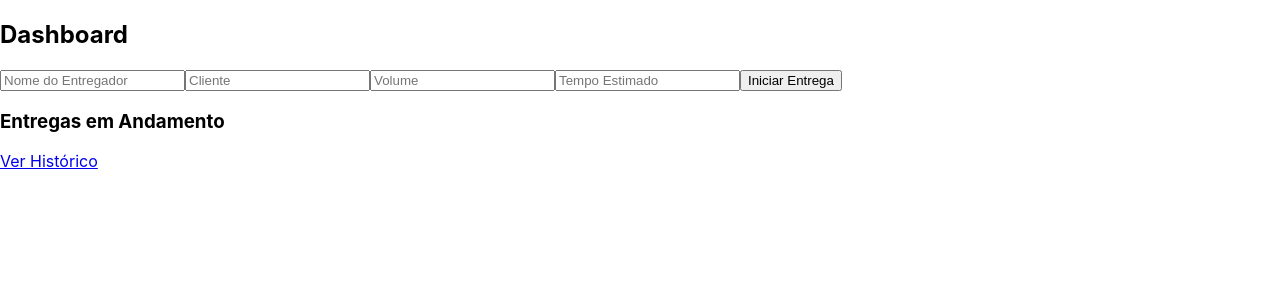
Repository: feliperanon/gestao-entregas
Page: /dashboard (app in frontend/)
These files come from the project's save history. The page is drawn as it stood at one moment and after the next save; the edit follows.
The browser window is 1280 px wide. The pictures show the whole page.
The page's requests for data from a server got no answer. The project was rebuilt for these pictures with package versions that can differ from the ones it lists, and the page was loaded fresh each time. No one was signed in, and anything a server would have sent is missing. Also part of the build but not shown: frontend/src/pages/History.js, frontend/src/pages/Login.js.

Above is the page before, as saved 2024-06-29 11:23:55.

After the next save:
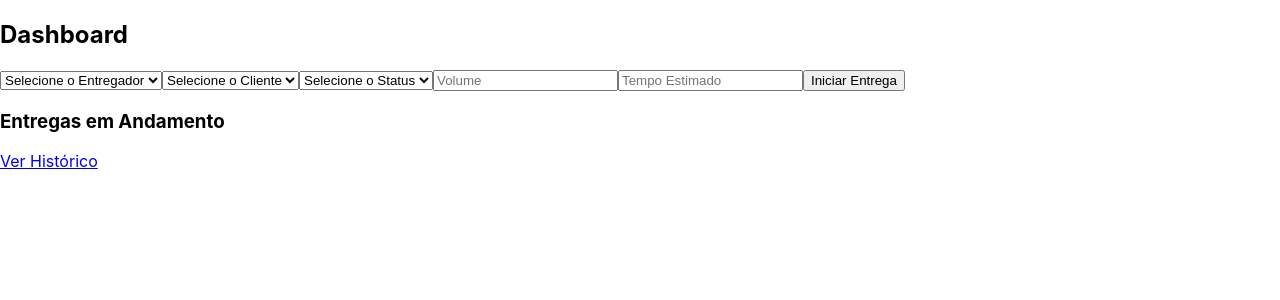
Saved 2 s later.
--- a/frontend/src/pages/Dashboard.js
+++ b/frontend/src/pages/Dashboard.js
@@ -2,9 +2,19 @@ import React, { useState, useEffect } from 'react';
 import { Link } from 'react-router-dom';
 import api from '../services/api';
 
+const entregadores = ['Felipe', 'João', 'Maria']; // Lista manual de entregadores
+const clientes = ['Cliente A', 'Cliente B', 'Cliente C']; // Lista manual de clientes
+const statusList = ['Em andamento', 'Finalizada']; // Lista manual de status
+
 const Dashboard = () => {
   const [entregas, setEntregas] = useState([]);
-  const [form, setForm] = useState({ nomeEntregador: '', cliente: '', volume: '', tempoEstimado: '' });
+  const [form, setForm] = useState({
+    nomeEntregador: '',
+    cliente: '',
+    volume: '',
+    tempoEstimado: '',
+    status: '',
+  });
 
   useEffect(() => {
     const fetchEntregas = async () => {
@@ -29,11 +39,17 @@ const Dashboard = () => {
     e.preventDefault();
     try {
       const token = localStorage.getItem('token');
-      const response = await api.post('/entregas', form, {
+      const response = await api.post('/entregas', { ...form, tempoDecorrido: 0 }, {
         headers: { Authorization: `Bearer ${token}` }
       });
       setEntregas([...entregas, response.data]);
-      setForm({ nomeEntregador: '', cliente: '', volume: '', tempoEstimado: '' });
+      setForm({
+        nomeEntregador: '',
+        cliente: '',
+        volume: '',
+        tempoEstimado: '',
+        status: '',
+      });
     } catch (error) {
       console.error('Error adding entrega:', error);
     }
@@ -57,8 +73,24 @@ const Dashboard = () => {
     <div>
       <h2>Dashboard</h2>
       <form onSubmit={handleSubmit}>
-        <input name="nomeEntregador" value={form.nomeEntregador} onChange={handleChange} placeholder="Nome do Entregador" required />
-        <input name="cliente" value={form.cliente} onChange={handleChange} placeholder="Cliente" required />
+        <select name="nomeEntregador" value={form.nomeEntregador} onChange={handleChange} required>
+          <option value="">Selecione o Entregador</option>
+          {entregadores.map(entregador => (
+            <option key={entregador} value={entregador}>{entregador}</option>
+          ))}
+        </select>
+        <select name="cliente" value={form.cliente} onChange={handleChange} required>
+          <option value="">Selecione o Cliente</option>
+          {clientes.map(cliente => (
+            <option key={cliente} value={cliente}>{cliente}</option>
+          ))}
+        </select>
+        <select name="status" value={form.status} onChange={handleChange} required>
+          <option value="">Selecione o Status</option>
+          {statusList.map(status => (
+            <option key={status} value={status}>{status}</option>
+          ))}
+        </select>
         <input name="volume" value={form.volume} onChange={handleChange} placeholder="Volume" required />
         <input name="tempoEstimado" value={form.tempoEstimado} onChange={handleChange} placeholder="Tempo Estimado" required />
         <button type="submit">Iniciar Entrega</button>
